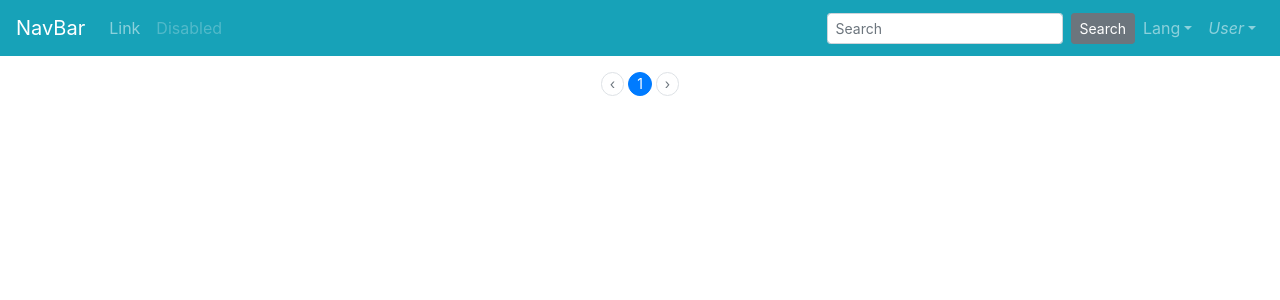
Repository: iian0910/bootstrapVue-demo
Page: /#/
The author's editor kept a copy of each file at every save. The page is drawn from the files as they stood at one save, then again after the next save.
The browser window is 1280 px wide. The pictures show the whole page.
The page's requests for data from a server got no answer. The project was rebuilt for these pictures with package versions that can differ from the ones it lists, and the page was loaded fresh each time. No one was signed in, and anything a server would have sent is missing.

Above is the page before, as saved 2021-04-26 14:31:11.

### src/main.ts
import axios from 'axios'
import { BootstrapVue, IconsPlugin } from 'bootstrap-vue'
import 'bootstrap-vue/dist/bootstrap-vue.css'
// Import Bootstrap an BootstrapVue CSS files (order is important)
import 'bootstrap/dist/css/bootstrap.css'
import Vue from 'vue'
import VueAxios from 'vue-axios'
import App from './App.vue'
import router from './router'

// Make BootstrapVue available throughout your project
Vue.use(BootstrapVue)
// Optionally install the BootstrapVue icon components plugin
Vue.use(IconsPlugin)
Vue.use(VueAxios, axios)

Vue.config.productionTip = false

new Vue({
  router,
  render: h => h(App)
}).$mount('#app')

### src/App.vue
<template>
  <div id="app">
  <Main/>
  </div>
</template>

<script lang="ts">
import { Component, Vue } from 'vue-property-decorator'
import Main from './pages/Main.vue'

@Component({
  components: {
    Main
  }
})
export default class App extends Vue {}
</script>

<style lang="scss">

</style>

### src/router/index.ts
import Vue from 'vue'
import VueRouter from 'vue-router'

Vue.use(VueRouter)

const routes = [
  {
    path: '/',
    name: 'TablePagination',
    component: () => import('../components/TablePagination.vue')
  }
]

const router = new VueRouter({
  routes
})

export default router

### src/pages/Main.vue
<template>
  <div>
    <Navbar/>
    <router-view></router-view>
  </div>
</template>
<script lang="ts">
import { Component, Vue } from 'vue-property-decorator'
import Navbar from '../components/Navbar.vue'

@Component({
  components: {
    Navbar
  }
})
export default class Main extends Vue {

}
</script>
<style lang="scss">

</style>

### src/components/TablePagination.vue
<template>
  <div>
    <div class="container">
      <div class="row">
        <div class="col-10 offset-1">
          <!-- Table: 基本款 -->
          <!-- <b-table striped hover :items="sliceDate"></b-table> -->

          <!-- Table: 客製化 -->
          <b-table
            striped hover
            :items="sliceDate"
          >
            <template #cell(seq)="sliceDate">{{sliceDate.item.seq}}</template>
            <template #cell(materialYear)="sliceDate">{{sliceDate.item.materialYear}}</template>
            <template #cell(statisticsProject)="sliceDate">{{sliceDate.item.statisticsProject}}</template>
            <template #cell(taxCategory)="sliceDate">{{sliceDate.item.taxCategory}}</template>
            <template #cell(value)="sliceDate">
              <div class="text-left">{{sliceDate.item.value | currencyChange}}</div>
            </template>
            <template #cell(dataUnit)="sliceDate">{{sliceDate.item.dataUnit}}</template>
          </b-table>
          <!-- Pagination -->
          <div class="d-flex justify-content-center">
            <b-pagination
              v-model="currentPage"
              :total-rows="data.length"
              :per-page="perPage"
              pills
              first-number
              last-number
              size="sm"
              @click.native="sliceData(currentPage)"
            ></b-pagination>
          </div>
        </div>
      </div>
    </div>
  </div>
</template>

<script lang="ts">
import { Component, Prop, Emit, Vue } from 'vue-property-decorator'

// interFace
interface Data {
  seq: string;
  materialYear: string;
  statisticsProject: string;
  taxCategory: string;
  value: string;
  dataUnit: string;
}

// Component 宣告在最前面
@Component({
  filters: {
    currencyChange (val: string) {
      val = parseFloat(val.replace(/\s/g, '').replace(/,/g, ''))
        .toString()
        .replace(/\B(?=(\d{3})+(?!\d))/g, ',')
      if (val === 'NaN') {
        val = ''
      }
      return '$' + val
    }
  }
})

export default class TablePagination extends Vue {
  // Data
  private firstName = 'John'
  private lastName = 'Don'
  private apiURL = 'https://api.kcg.gov.tw/api/service/get/2c1d9959-d038-4918-bae3-409680f8193a'
  public data = []
  public sliceDate = []
  public parentSendData = 'parentSendData'
  public childSendData = ''
  public currentPage = 1 // 預設目前頁面
  public perPage = 10 // 每頁顯示項目數
  public sortBy = 'Value'
  public sortDesc = false

  // @Prop(props)
  @Prop()
  private msg!: string;

  // @Emit
  @Emit()
  private emitData (msg:string) {
    console.log(msg)
    this.childSendData = msg
  }

  // methods
  public hello () {
    console.log(this.firstName + ' ' + this.lastName)
  }

  private changeDataDTO (data:any) {
    this.data = data.map((res: any) => {
      const rowData = {} as Data
      rowData.seq = res.seq
      rowData.materialYear = res.資料年度
      rowData.statisticsProject = res.統計項目
      rowData.taxCategory = res.稅目別
      rowData.value = res.值
      rowData.dataUnit = res.資料單位
      return rowData
    })
  }

  private sliceData (currentPage: number) {
    this.sliceDate = this.data.slice(this.perPage * currentPage - this.perPage, this.perPage * currentPage)
  }

  // 生命週期
  public mounted () {
    this.$http.get(this.apiURL).then((res) => {
      this.data = res.data.data
      this.changeDataDTO(this.data)
      this.sliceData(this.currentPage)
    })
  }
}
</script>

<!-- Add "scoped" attribute to limit CSS to this component only -->
<style scoped lang="scss">
h3 {
  margin: 40px 0 0;
}
ul {
  list-style-type: none;
  padding: 0;
}
li {
  display: inline-block;
  margin: 0 10px;
}
a {
  color: #42b983;
}
</style>

### src/components/Navbar.vue
<template>
  <div>
    <b-navbar toggleable="lg" type="dark" variant="info">
      <b-navbar-brand href="#">NavBar</b-navbar-brand>

      <b-navbar-toggle target="nav-collapse"></b-navbar-toggle>

      <b-collapse id="nav-collapse" is-nav>
        <b-navbar-nav>
          <b-nav-item href="#">Link</b-nav-item>
          <b-nav-item href="#" disabled>Disabled</b-nav-item>
        </b-navbar-nav>

        <!-- Right aligned nav items -->
        <b-navbar-nav class="ml-auto">
          <b-nav-form>
            <b-form-input size="sm" class="mr-sm-2" placeholder="Search"></b-form-input>
            <b-button size="sm" class="my-2 my-sm-0" type="submit">Search</b-button>
          </b-nav-form>

          <b-nav-item-dropdown text="Lang" right>
            <b-dropdown-item href="#">EN</b-dropdown-item>
            <b-dropdown-item href="#">ES</b-dropdown-item>
            <b-dropdown-item href="#">RU</b-dropdown-item>
            <b-dropdown-item href="#">FA</b-dropdown-item>
          </b-nav-item-dropdown>

          <b-nav-item-dropdown right>
            <!-- Using 'button-content' slot -->
            <template #button-content>
              <em>User</em>
            </template>
            <b-dropdown-item href="#">Profile</b-dropdown-item>
            <b-dropdown-item href="#">Sign Out</b-dropdown-item>
          </b-nav-item-dropdown>
        </b-navbar-nav>
      </b-collapse>
    </b-navbar>
  </div>
</template>

<script lang="ts">
import { Component, Vue } from 'vue-property-decorator'

// Component 宣告在最前面
@Component({
  components: {

  }
})

export default class Navbar extends Vue {

}
</script>

Loaded but not shown: public/index.html (common file)

After the next save:
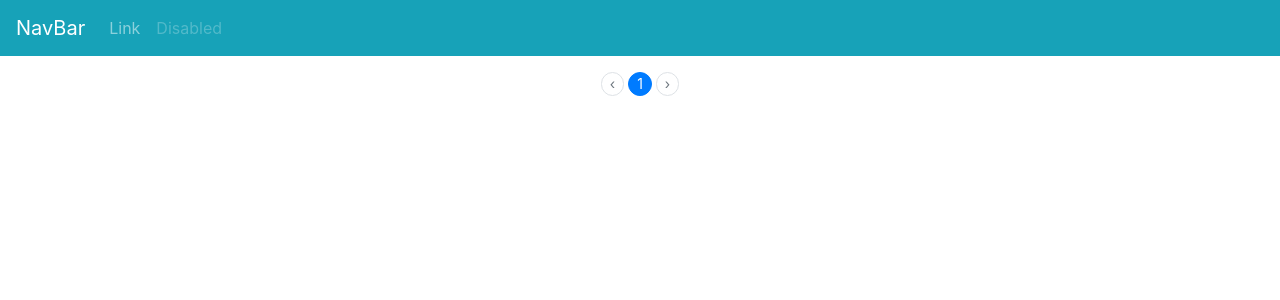
Saved 21 s later.
--- a/src/components/Navbar.vue
+++ b/src/components/Navbar.vue
@@ -9,30 +9,6 @@
         <b-navbar-nav>
           <b-nav-item href="#">Link</b-nav-item>
           <b-nav-item href="#" disabled>Disabled</b-nav-item>
-        </b-navbar-nav>
-
-        <!-- Right aligned nav items -->
-        <b-navbar-nav class="ml-auto">
-          <b-nav-form>
-            <b-form-input size="sm" class="mr-sm-2" placeholder="Search"></b-form-input>
-            <b-button size="sm" class="my-2 my-sm-0" type="submit">Search</b-button>
-          </b-nav-form>
-
-          <b-nav-item-dropdown text="Lang" right>
-            <b-dropdown-item href="#">EN</b-dropdown-item>
-            <b-dropdown-item href="#">ES</b-dropdown-item>
-            <b-dropdown-item href="#">RU</b-dropdown-item>
-            <b-dropdown-item href="#">FA</b-dropdown-item>
-          </b-nav-item-dropdown>
-
-          <b-nav-item-dropdown right>
-            <!-- Using 'button-content' slot -->
-            <template #button-content>
-              <em>User</em>
-            </template>
-            <b-dropdown-item href="#">Profile</b-dropdown-item>
-            <b-dropdown-item href="#">Sign Out</b-dropdown-item>
-          </b-nav-item-dropdown>
         </b-navbar-nav>
       </b-collapse>
     </b-navbar>
